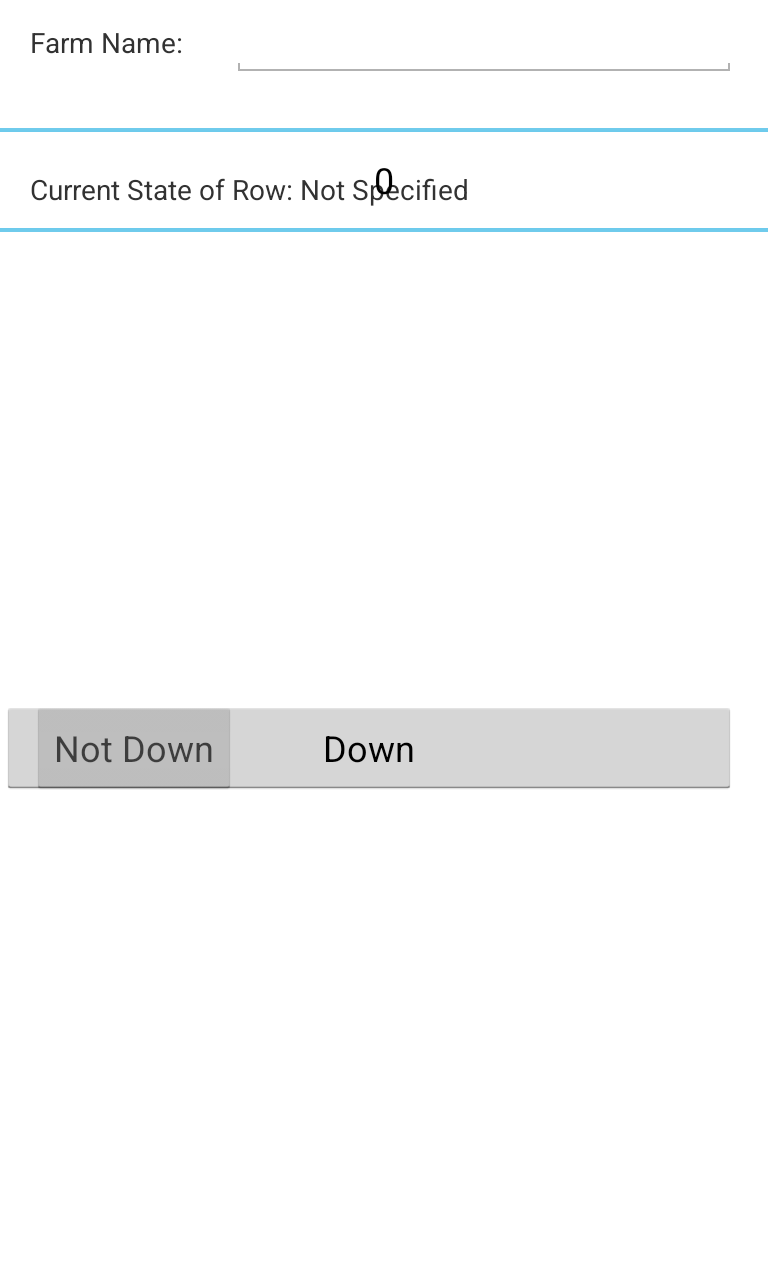
Repository: cokembel/FarmHand
Layout: FarmHand/res/layout/activity_main.xml
An editor plug-in stored every save of this project. The layout is shown before and after the next save, followed by the edit.
It is drawn on a 768 x 1280 px phone screen (xhdpi) without system bars, with theme AppTheme; the app's code is not run.

Above is the layout before, as saved 2012-12-10 05:21:29.

### FarmHand/res/layout/activity_main.xml

    <ScrollView xmlns:android="http://schemas.android.com/apk/res/android"
        android:layout_width="match_parent"
        android:layout_height="match_parent"
        android:layout_alignParentLeft="true"
        android:layout_alignParentTop="true" >

        <RelativeLayout
            android:layout_width="match_parent"
            android:layout_height="wrap_content" >

            <AutoCompleteTextView
                android:id="@+id/farm_name"
                android:layout_width="match_parent"
                android:layout_height="wrap_content"
                android:layout_toRightOf="@+id/farm_label"
                android:layout_alignParentTop="true"
                android:layout_marginRight="15dp"
                android:ems="10" />

            <TextView
                android:id="@+id/farm_label"
                android:layout_width="100dp"
                android:layout_height="wrap_content"
                android:layout_alignBaseline="@id/farm_name"
                android:layout_alignBottom="@id/farm_name"
                android:gravity="left"
                android:layout_marginLeft="15dp"
                android:text="@string/farm_name" />

            <TextView
                android:id="@+id/current_status"
                android:layout_width="match_parent"
                android:layout_height="wrap_content"
                android:layout_alignParentRight="true"
                android:layout_alignBaseline="@+id/status_label"
                android:gravity="center"
                android:text="Not Specified" />

            <Button
                android:id="@+id/not_down_button"
                android:layout_width="wrap_content"
                android:layout_height="wrap_content"
                android:layout_alignLeft="@id/farm_label"
                android:layout_alignRight="@+id/prev_row_button"
                android:layout_marginTop="350dp"
                android:text="Not Down" />

            <Button
                android:id="@+id/down_button"
                android:layout_width="match_parent"
                android:layout_height="wrap_content"
                android:layout_alignBottom="@id/not_down_button"
                android:layout_alignLeft="@+id/next_row_button"
                android:layout_alignRight="@id/farm_name"
                android:text="Down" />

            <TextView
                android:id="@+id/status_label"
                android:layout_width="wrap_content"
                android:layout_height="wrap_content"
                android:layout_alignLeft="@+id/farm_label"
                android:layout_below="@+id/prev_row_button"
                android:layout_marginTop="85dp"
                android:text="@string/status" />

            <NumberPicker
                android:id="@+id/row_number"
                android:layout_width="match_parent"
                android:layout_height="match_parent"
                android:layout_alignParentLeft="true"
                android:layout_below="@+id/next_row_button" />

</RelativeLayout>

    </ScrollView>

### FarmHand/res/values/strings.xml
<resources>

    <string name="app_name">FarmHand</string>
    <string name="menu_settings">Settings</string>
    <string name="title_activity_main">FarmHand</string>
    <string name="farm_name">Farm Name:</string>
	<string name="status">Current State of Row:</string>

</resources>

Loaded but not shown: FarmHand/res/values-v11/styles.xml (common file); FarmHand/res/values-v14/styles.xml (common file); FarmHand/res/values/styles.xml (common file)

After the next save:
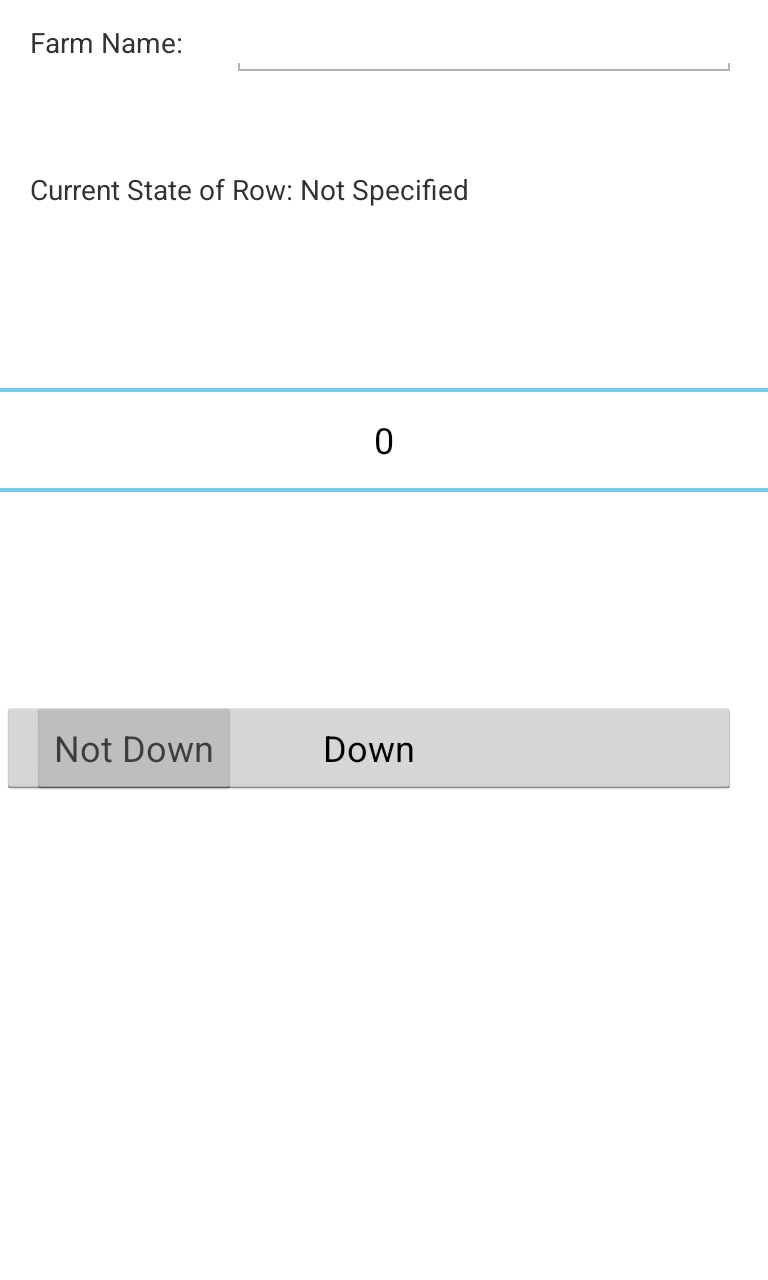
Saved 35 s later.
--- a/FarmHand/res/layout/activity_main.xml
+++ b/FarmHand/res/layout/activity_main.xml
@@ -66,6 +66,7 @@
 
             <NumberPicker
                 android:id="@+id/row_number"
+                android:layout_marginTop="130dp"
                 android:layout_width="match_parent"
                 android:layout_height="match_parent"
                 android:layout_alignParentLeft="true"
